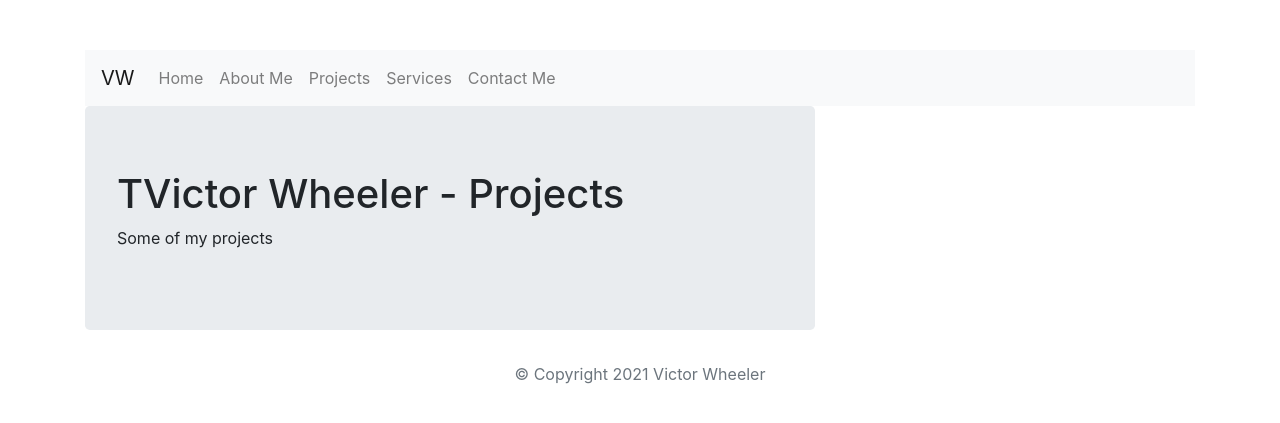
Repository: VictorWheeler/COMP_229_301167760
Page: http://localhost/projects
These files come from the project's save history. The page is drawn as it stood at one moment and after the next save; the edit follows.
The browser window is 1280 px wide. The pictures show the whole page.
The page is served by the project's Node server (server.js).

Above is the page before, as saved 2021-09-29 09:27:07.

After the next save:
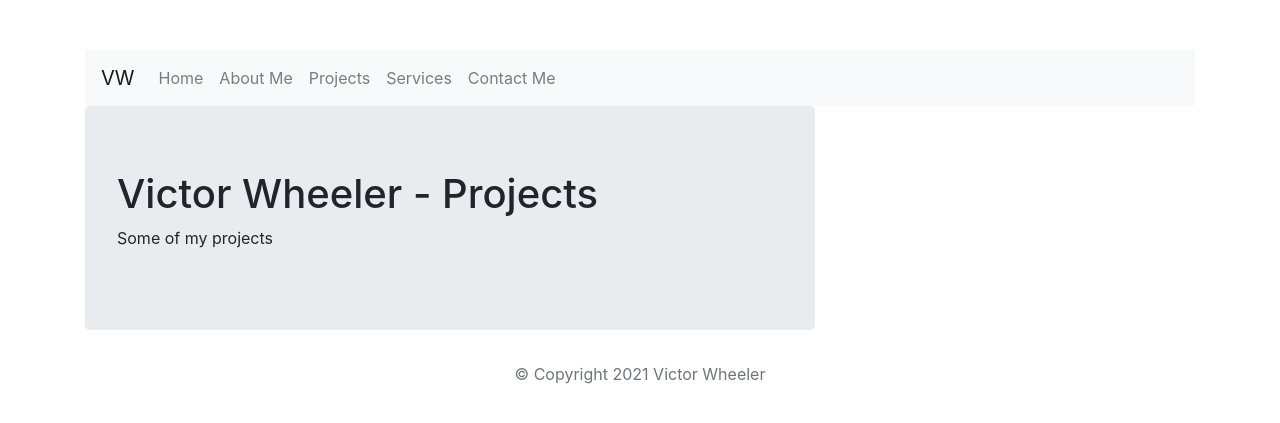
Saved 29 s later.
--- a/Express-Portfolio-Site/views/pages/projects.ejs
+++ b/Express-Portfolio-Site/views/pages/projects.ejs
@@ -13,7 +13,7 @@
 <div class="row">
   <div class="col-sm-8">
     <div class="jumbotron">
-      <h1>TVictor Wheeler - Projects</h1>
+      <h1>Victor Wheeler - Projects</h1>
       <p>Some of my projects</p>
     </div>
   </div>
